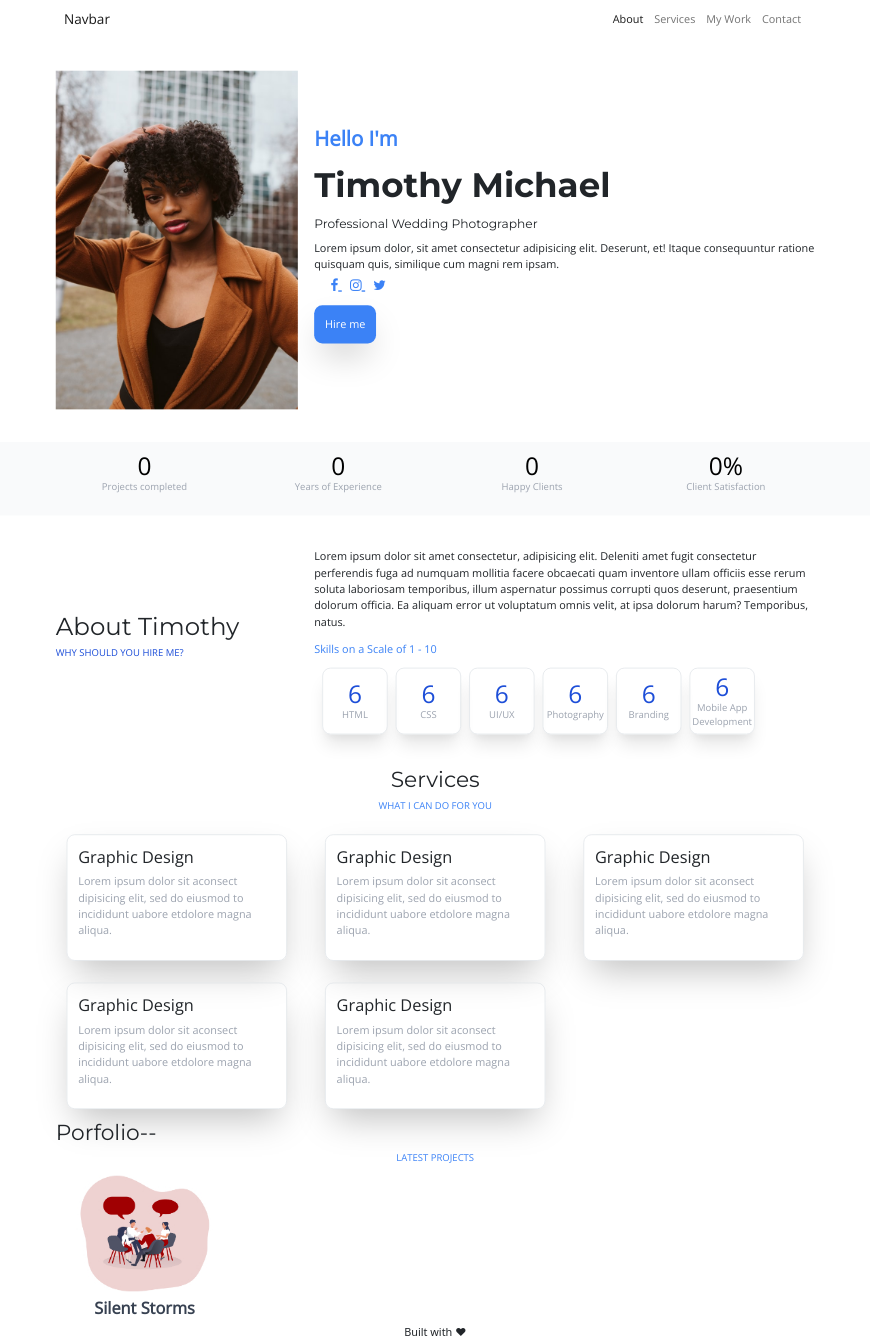
Repository: latenightsnacc/giggles
Page: HTML/freelancer.html
An editor plug-in stored every save of this project. The page is shown before and after the next save, followed by the edit.
The browser window is 1280 px wide. The pictures show the whole page, at 68% of full size.
Some web libraries are served in a nearby version.

Above is the page before, as saved 2021-01-03 16:48:14.

### HTML/freelancer.html
<!DOCTYPE html>
<html lang="en">
<head>
    <meta charset="UTF-8">
    <meta name="viewport" content="width=device-width, initial-scale=1.0">
    <link href="https://cdnjs.cloudflare.com/ajax/libs/tailwindcss/2.0.2/tailwind.min.css" rel="stylesheet">
    <link rel="stylesheet" href="https://stackpath.bootstrapcdn.com/font-awesome/4.7.0/css/font-awesome.min.css" />
    <link href="https://cdn.jsdelivr.net/npm/bootstrap@5.0.0-beta1/dist/css/bootstrap.min.css" rel="stylesheet" integrity="sha384-giJF6kkoqNQ00vy+HMDP7azOuL0xtbfIcaT9wjKHr8RbDVddVHyTfAAsrekwKmP1" crossorigin="anonymous">
    <link rel="stylesheet" href="stylesheet.css">
    <title>Freelancer Page</title>
</head>
<body class="overflow-x-hidden">
    <header class="container">
        <nav class="navbar navbar-expand-lg navbar-light bg-white">
            <div class="container-fluid">
              <a class="navbar-brand" href="#">Navbar</a>
              <button class="navbar-toggler" type="button" data-bs-toggle="collapse" data-bs-target="#navbarNavDropdown" aria-controls="navbarNavDropdown" aria-expanded="false" aria-label="Toggle navigation">
                <span class="navbar-toggler-icon"></span>
              </button>
              <div class="collapse navbar-collapse" id="navbarNavDropdown">
                <ul class="navbar-nav ml-auto">
                  <li class="nav-item">
                    <a class="nav-link active" aria-current="page" href="#">About</a>
                  </li>
                  <li class="nav-item">
                    <a class="nav-link" href="#">Services</a>
                  </li>
                  <li class="nav-item">
                    <a class="nav-link" href="#">My Work</a>
                  </li>
                  <li class="nav-item">
                    <a class="nav-link" href="#">Contact</a>
                  </li>
                  <!-- <li class="nav-item dropdown">
                    <a class="nav-link dropdown-toggle" href="#" id="navbarDropdownMenuLink" role="button" data-bs-toggle="dropdown" aria-expanded="false">
                      Dropdown link
                    </a>
                    <ul class="dropdown-menu" aria-labelledby="navbarDropdownMenuLink">
                      <li><a class="dropdown-item" href="#">Action</a></li>
                      <li><a class="dropdown-item" href="#">Another action</a></li>
                      <li><a class="dropdown-item" href="#">Something else here</a></li>
                    </ul>
                  </li> -->
                </ul>
              </div>
            </div>
        </nav>
    </header>
    <main>
        <!--User Banner-->
        <div class="container mt-5">
            <div class="row flex items-center h-auto">
                <div class="col-sm-12 col-md-4 col-lg-4 col-xl-4">
                    <img src="assets/userDp.jpg" alt="Profile Picture">
                </div>
                <div class="col-sm-12 col-md-8 col-lg-8 col-xl-8">
                    <div class="user-info">
                        <span class="semi-bold text-blue-500 py-10">Hello I'm</span>
                        <h1>Timothy Michael</h1>
                        <h2>Professional Wedding Photographer</h2>
                        <p>Lorem ipsum dolor, sit amet consectetur adipisicing elit. Deserunt, et! Itaque consequuntur ratione quisquam quis, similique cum magni rem ipsam.</p>
                        <div class="container">
                            <a href="#" class="text-xl mr-auto text-blue-500 hover:text-blue-700">
                                <i class="fa fa-facebook-f"></i>
                            </a>
                            <a href="#" class="text-xl ml-3 text-blue-500 hover:text-blue-700">
                                <i class="fa fa-instagram"></i>
                            </a>
                            <a href="#" class="text-xl ml-3 text-blue-500 hover:text-blue-700">
                                <i class="fa fa-twitter"></i>
                            </a>
                        </div>
                        <button class="bg-blue-500 hover:bg-blue-700 text-white p-3 semi-bold rounded-xl shadow-2xl my-3">Hire me</button>
                    </div>
                </div>
            </div>
        </div>
        <!--User Statisitics-->
        <div class="stats w-full bg-gray-50 flex items-center h-auto py-3 mt-5">
            <div class="container">
                <div class="row">
                    <div class="stat-box col text-center">
                        <div class="bold text-4xl text-black">0</div>
                        <p class="text-sm text-gray-400">Projects completed</p>

                    </div>
                    <div class="stat-box col text-center">
                        <div class="bold text-4xl text-black">0</div>
                        <p class="text-sm text-gray-400">Years of Experience</p>
                    </div>
                    <div class="stat-box col text-center">
                        <div class="bold text-4xl text-black">0</div>
                        <p class="text-sm text-gray-400">Happy Clients</p>
                    </div>
                    <div class="stat-box col text-center">
                        <div class="bold text-4xl text-black">0%</div>
                        <p class="text-sm text-gray-400">Client Satisfaction</p>
                    </div>
                </div>
            </div>
        </div>
        <!--About User-->
        <div class="container">
            <div class="row h-auto flex flex-row items-center">
                <div class="col-sm-12 col-md-6 col-lg-4 col-xl-4 pt-5">
                    <h3 class="text-4xl">About Timothy</h3>
                    <p class="text-sm text-blue-700 uppercase semi-bold">Why should you hire me?</p>
                </div>
                <div class="col-sm-12 col-md-6 col-lg-8 col-xl-8 pt-5">
                    <p>Lorem ipsum dolor sit amet consectetur, adipisicing elit. Deleniti amet fugit consectetur perferendis fuga ad numquam mollitia facere obcaecati quam inventore ullam officiis esse rerum soluta laboriosam temporibus, illum aspernatur possimus corrupti quos deserunt, praesentium dolorum officia. Ea aliquam error ut voluptatum omnis velit, at ipsa dolorum harum? Temporibus, natus.</p>
                    <span class="bold text-blue-500">Skills on a Scale of 1 - 10</span>
                    <div class="d-flex flex-wrap">
                        <div class="skill-box shadow-xl max-w-sm w-24 p-2 ml-3 mt-3 border border-gray-100 rounded-xl flex flex-col items-center justify-center text-center">

                            <span class="text-blue-700 bold text-4xl">6</span>
                            <div class="text-sm text-gray-400">HTML</div>
                        </div>
                        <div class="skill-box shadow-xl max-w-sm w-24 p-2 ml-3 mt-3 border border-gray-100 rounded-xl flex flex-col items-center justify-center text-center">

                            <span class="text-blue-700 bold text-4xl">6</span>
                            <div class="text-sm text-gray-400">CSS</div>
                        </div>
                        <div class="skill-box shadow-xl max-w-sm w-24 p-2 ml-3 mt-3 border border-gray-100 rounded-xl flex flex-col items-center justify-center text-center">

                            <span class="text-blue-700 bold text-4xl">6</span>
                            <div class="text-sm text-gray-400">UI/UX</div>
                        </div>
                        <div class="skill-box shadow-xl max-w-sm w-24 p-2 ml-3 mt-3 border border-gray-100 rounded-xl flex flex-col items-center justify-center text-center">

                            <span class="text-blue-700 bold text-4xl">6</span>
                            <div class="text-sm text-gray-400">Photography</div>
                        </div>
                        <div class="skill-box shadow-xl max-w-sm w-24 p-2 ml-3 mt-3 border border-gray-100 rounded-xl flex flex-col items-center justify-center text-center">

                            <span class="text-blue-700 bold text-4xl">6</span>
                            <div class="text-sm text-gray-400">Branding</div>
                        </div>
                        <div class="skill-box shadow-xl max-w-sm w-24 p-2 ml-3 mt-3 border border-gray-100 rounded-xl flex flex-col items-center justify-center text-center">

                            <span class="text-blue-700 bold text-4xl">6</span>
                            <div class="text-sm text-gray-400">Mobile App Development</div>
                        </div>
                    </div>
                </div>
            </div>
        </div>
        <!--Services User Provides-->
        <div class="container mt-5">
            <h2 class="text-center">Services</h2>
            <p class="text-blue-500 text-sm uppercase text-center uppercase">What I can do for you</p>
            <div class="row">
                <div class="col-xs-12 col-sm-12 col-md-3 col-lg-3 col-xl-4">
                    <div class="max-w-sm shadow-2xl border border-blue-300 rounded-xl p-3 m-3 hover:bg-blue-500 hover:text-white">
                        <div class="service-title text-2xl bold  pb-2">Graphic Design</div>
                        <p class="text-md text-gray-400 hover:text-gray-50">Lorem ipsum dolor sit aconsect dipisicing elit, sed do eiusmod to incididunt uabore etdolore magna aliqua.</p>
                    </div>
                </div>
                <div class="col-xs-12 col-sm-12 col-md-3 col-lg-3 col-xl-4">
                    <div class="max-w-sm shadow-2xl border border-blue-300 rounded-xl p-3 m-3 hover:bg-blue-500 hover:text-white">
                        <div class="service-title text-2xl bold  pb-2">Graphic Design</div>
                        <p class="text-md text-gray-400 hover:text-gray-50">Lorem ipsum dolor sit aconsect dipisicing elit, sed do eiusmod to incididunt uabore etdolore magna aliqua.</p>
                    </div>
                </div>
                <div class="col-xs-12 col-sm-12 col-md-3 col-lg-3 col-xl-4">
                    <div class="max-w-sm shadow-2xl border border-blue-300 rounded-xl p-3 m-3 hover:bg-blue-500 hover:text-white">
                        <div class="service-title text-2xl bold  pb-2">Graphic Design</div>
                        <p class="text-md text-gray-400 hover:text-gray-50">Lorem ipsum dolor sit aconsect dipisicing elit, sed do eiusmod to incididunt uabore etdolore magna aliqua.</p>
                    </div>
                </div>
                <div class="col-xs-12 col-sm-12 col-md-3 col-lg-3 col-xl-4">
                    <div class="max-w-sm shadow-2xl border border-blue-300 rounded-xl p-3 m-3 hover:bg-blue-500 hover:text-white">
                        <div class="service-title text-2xl bold  pb-2">Graphic Design</div>
                        <p class="text-md text-gray-400 hover:text-gray-50">Lorem ipsum dolor sit aconsect dipisicing elit, sed do eiusmod to incididunt uabore etdolore magna aliqua.</p>
                    </div>
                </div>
                <div class="col-xs-12 col-sm-12 col-md-3 col-lg-3 col-xl-4">
                    <div class="max-w-sm shadow-2xl border border-blue-300 rounded-xl p-3 m-3 hover:bg-blue-500 hover:text-white">
                        <div class="service-title text-2xl bold  pb-2">Graphic Design</div>
                        <p class="text-md text-gray-400 hover:text-gray-50">Lorem ipsum dolor sit aconsect dipisicing elit, sed do eiusmod to incididunt uabore etdolore magna aliqua.</p>
                    </div>
                </div>
            </div>

        </div>
        <!--Gallery / User Porfolio-->
        <div class="container">
            <h2 class="">Porfolio--</h2>
            <p class="text-blue-500 text-sm uppercase text-center uppercase">Latest Projects</p>
            <div class="row">
                <div class="col-xs-12 col-sm-12 col-md-6 col-lg-3 col-xl-3">
                    <a href="#" class="no-underline text-center flex flex-col items-center">
                        <img src="assets/brainstorming_session__monochromatic.jpg" alt="latest project" />
                        <div class="title-project text-gray-700 bold text-2xl  font-semibold hover:text-blue-500 py-2">Silent Storms</div>
                    </a>
                </div>
            </div>
        </div>
    </main>
    <footer class="text-center">Built with &hearts; </footer>
    <script src="https://cdn.jsdelivr.net/npm/bootstrap@5.0.0-beta1/dist/js/bootstrap.bundle.min.js" integrity="sha384-ygbV9kiqUc6oa4msXn9868pTtWMgiQaeYH7/t7LECLbyPA2x65Kgf80OJFdroafW" crossorigin="anonymous"></script>

</body>
</html>

### HTML/stylesheet.css
@import url('https://fonts.googleapis.com/css2?family=Montserrat:wght@400;700&family=Open+Sans:wght@300;400&display=swap');

h1, h2, h3, h4, h5, h6 {
    font-family: 'Montserrat', sans-serif;
}
.user-info h1 {
    line-height: 60px;
    font-size: 50px;
    font-weight: 700;
    margin-top: 20px;
}
.user-info h2 {
    line-height: 27px;
    font-size: 18px;
    font-weight: 400;
    margin-top: 15px;
}
.user-info span {
    line-height: 36px;
    font-size: 30px;
    font-weight: 600;
}
.user-info p {
    margin: 5px 0;
}
.user-info button {
    margin-top: 10px;
}
p, div, a, button {
    font-family: 'Open Sans', sans-serif;
    font-weight: 300;
}

After the next save:
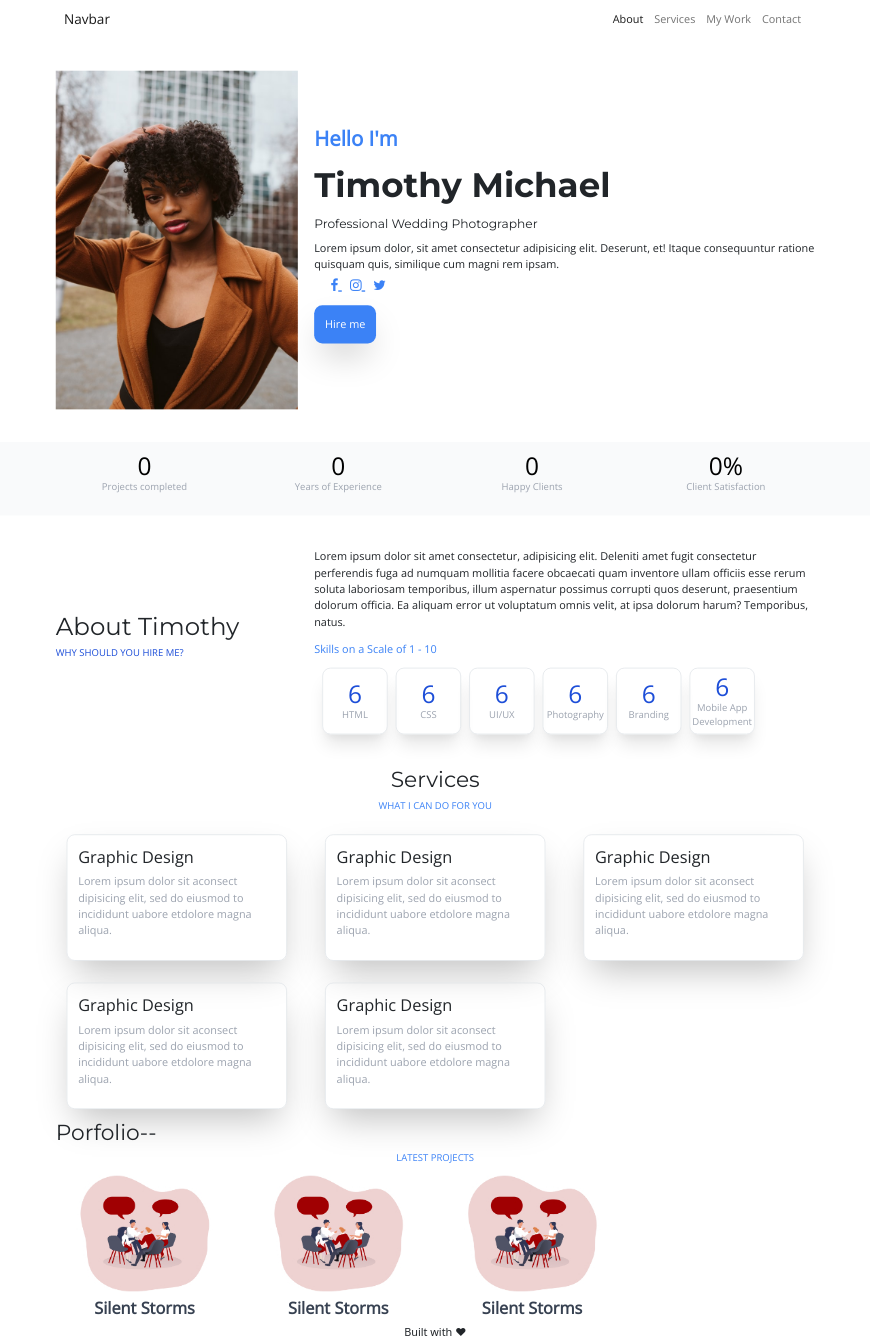
Saved 14 s later.
--- a/HTML/freelancer.html
+++ b/HTML/freelancer.html
@@ -193,6 +193,18 @@
                         <div class="title-project text-gray-700 bold text-2xl  font-semibold hover:text-blue-500 py-2">Silent Storms</div>
                     </a>
                 </div>
+                <div class="col-xs-12 col-sm-12 col-md-6 col-lg-3 col-xl-3">
+                    <a href="#" class="no-underline text-center flex flex-col items-center">
+                        <img src="assets/brainstorming_session__monochromatic.jpg" alt="latest project" />
+                        <div class="title-project text-gray-700 bold text-2xl  font-semibold hover:text-blue-500 py-2">Silent Storms</div>
+                    </a>
+                </div>
+                <div class="col-xs-12 col-sm-12 col-md-6 col-lg-3 col-xl-3">
+                    <a href="#" class="no-underline text-center flex flex-col items-center">
+                        <img src="assets/brainstorming_session__monochromatic.jpg" alt="latest project" />
+                        <div class="title-project text-gray-700 bold text-2xl  font-semibold hover:text-blue-500 py-2">Silent Storms</div>
+                    </a>
+                </div>
             </div>
         </div>
     </main>
